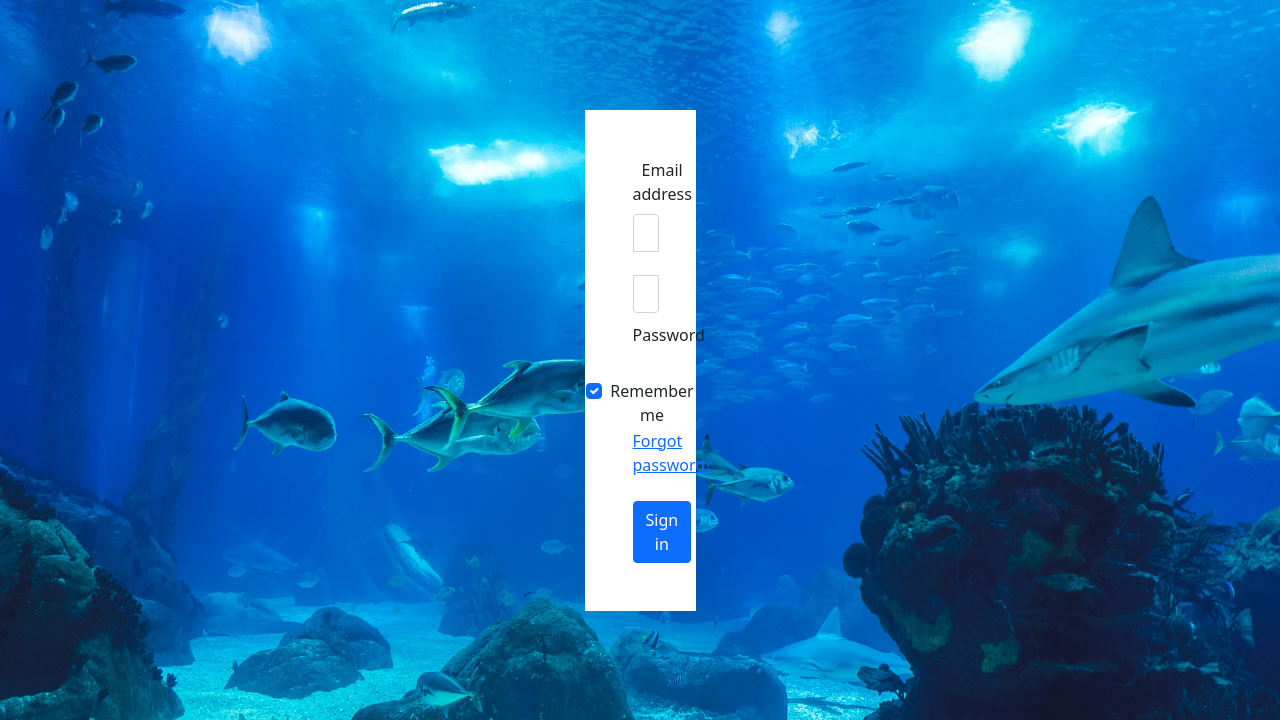
Repository: Elie-Dey/airblio
Page: index.html
An editor plug-in stored every save of this project. The page is shown before and after the next save, followed by the edit.
The browser window is 1280 px wide. The pictures show the whole page.

Above is the page before, as saved 2022-03-30 16:32:25.

After the next save:
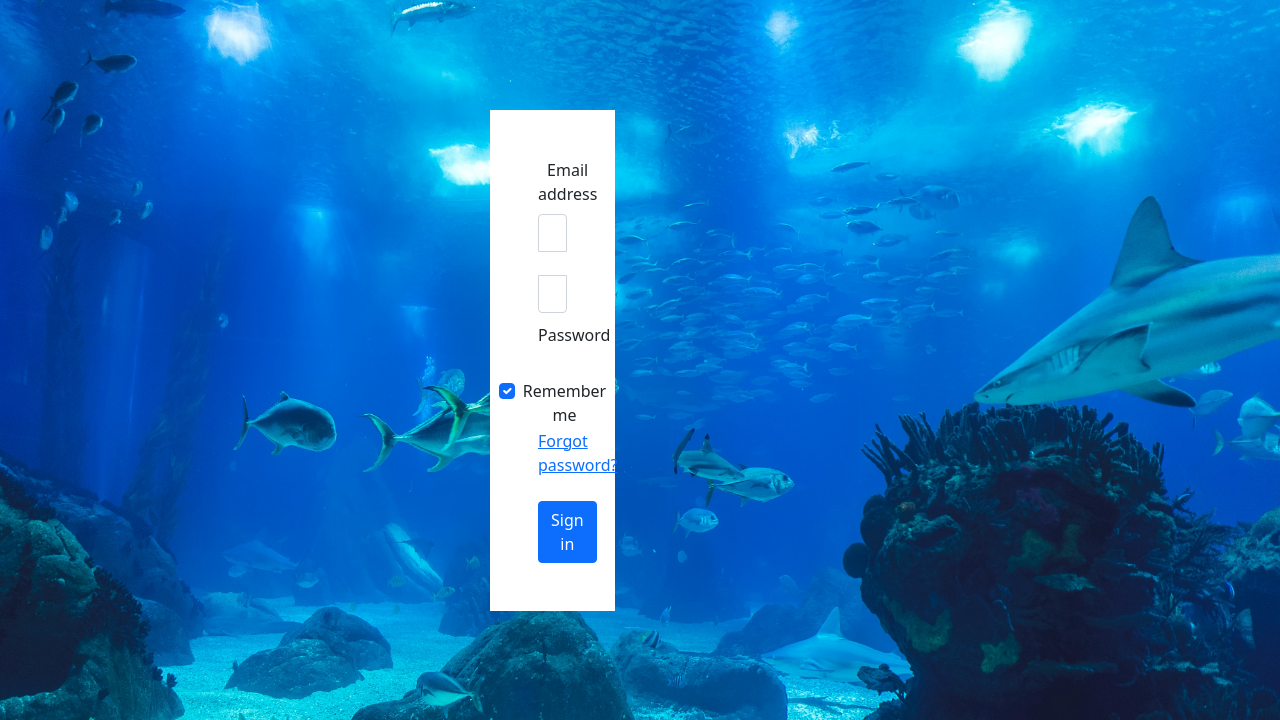
Saved 53 s later.
--- a/index.html
+++ b/index.html
@@ -85,57 +85,51 @@
         <p class="mt-5 mb-3 text-muted">Powered By SMART CONSULTING</p>
       </form> -->
       <div id="intro" class="shadow-2-strong">
-        <div class="row justify-content-center">
-          <div class="col-xl-5">
-            <form class="bg-white rounded-5 shadow-5-strong p-5">
-              <!-- Email input -->
-              <div class="form-outline mb-4">
-                <label class="form-label" for="form1Example1"
-                  >Email address</label
-                >
-                <input type="email" id="form1Example1" class="form-control" />
-              </div>
+        <div class="col-xl-5">
+          <form class="bg-white rounded-5 shadow-5-strong p-5">
+            <!-- Email input -->
+            <div class="form-outline mb-4">
+              <label class="form-label" for="form1Example1"
+                >Email address</label
+              >
+              <input type="email" id="form1Example1" class="form-control" />
+            </div>
 
-              <!-- Password input -->
-              <div class="form-outline mb-4">
-                <input
-                  type="password"
-                  id="form1Example2"
-                  class="form-control"
-                />
-                <label class="form-label" for="form1Example2">Password</label>
-              </div>
+            <!-- Password input -->
+            <div class="form-outline mb-4">
+              <input type="password" id="form1Example2" class="form-control" />
+              <label class="form-label" for="form1Example2">Password</label>
+            </div>
 
-              <!-- 2 column grid layout for inline styling -->
-              <div class="row mb-4">
-                <div class="col d-flex justify-content-center">
-                  <!-- Checkbox -->
-                  <div class="form-check">
-                    <input
-                      class="form-check-input"
-                      type="checkbox"
-                      value=""
-                      id="form1Example3"
-                      checked
-                    />
-                    <label class="form-check-label" for="form1Example3">
-                      Remember me
-                    </label>
-                  </div>
-                </div>
-
-                <div class="col text-center">
-                  <!-- Simple link -->
-                  <a href="#!">Forgot password?</a>
+            <!-- 2 column grid layout for inline styling -->
+            <div class="row mb-4">
+              <div class="col d-flex justify-content-center">
+                <!-- Checkbox -->
+                <div class="form-check">
+                  <input
+                    class="form-check-input"
+                    type="checkbox"
+                    value=""
+                    id="form1Example3"
+                    checked
+                  />
+                  <label class="form-check-label" for="form1Example3">
+                    Remember me
+                  </label>
                 </div>
               </div>
 
-              <!-- Submit button -->
-              <button type="submit" class="btn btn-primary btn-block">
-                Sign in
-              </button>
-            </form>
-          </div>
+              <div class="col text-center">
+                <!-- Simple link -->
+                <a href="#!">Forgot password?</a>
+              </div>
+            </div>
+
+            <!-- Submit button -->
+            <button type="submit" class="btn btn-primary btn-block">
+              Sign in
+            </button>
+          </form>
         </div>
       </div>
     </main>

After the save that followed:
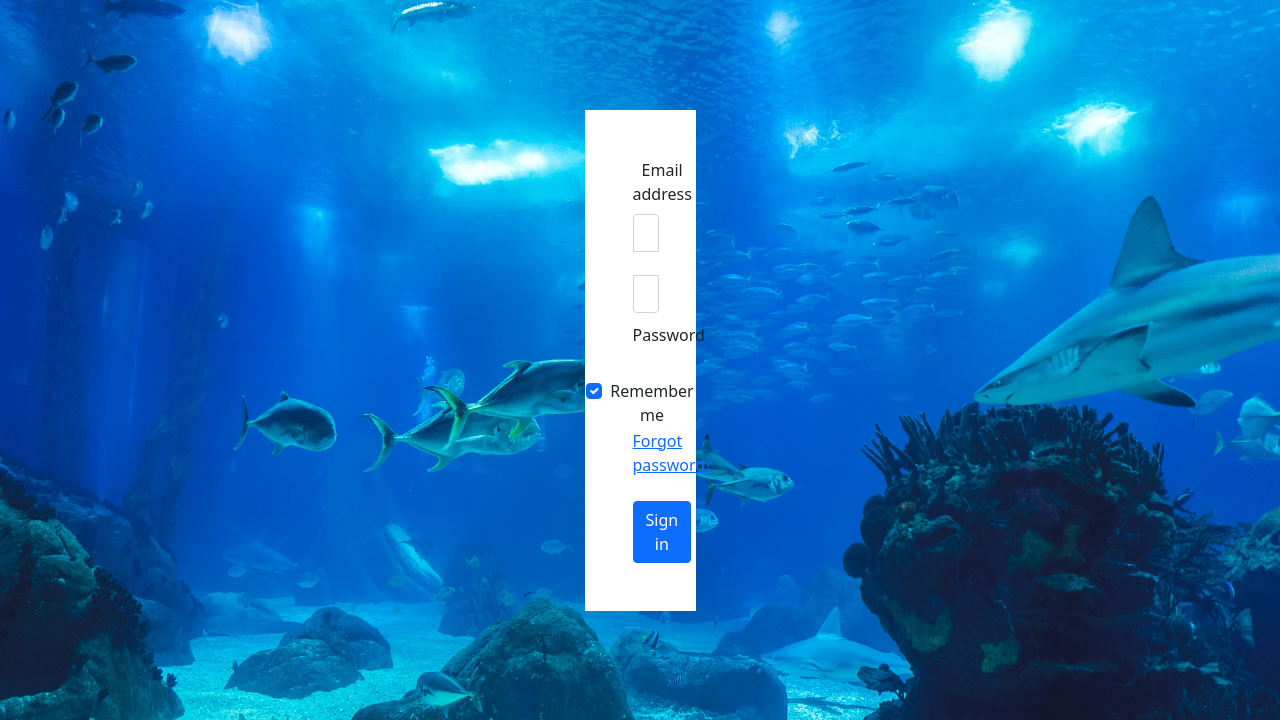
Saved 23 s later.
--- a/index.html
+++ b/index.html
@@ -85,51 +85,57 @@
         <p class="mt-5 mb-3 text-muted">Powered By SMART CONSULTING</p>
       </form> -->
       <div id="intro" class="shadow-2-strong">
-        <div class="col-xl-5">
-          <form class="bg-white rounded-5 shadow-5-strong p-5">
-            <!-- Email input -->
-            <div class="form-outline mb-4">
-              <label class="form-label" for="form1Example1"
-                >Email address</label
-              >
-              <input type="email" id="form1Example1" class="form-control" />
-            </div>
+        <div class="row justify-content-center">
+          <div class="col-xl-5">
+            <form class="bg-white rounded-5 shadow-5-strong p-5">
+              <!-- Email input -->
+              <div class="form-outline mb-4">
+                <label class="form-label" for="form1Example1"
+                  >Email address</label
+                >
+                <input type="email" id="form1Example1" class="form-control" />
+              </div>
 
-            <!-- Password input -->
-            <div class="form-outline mb-4">
-              <input type="password" id="form1Example2" class="form-control" />
-              <label class="form-label" for="form1Example2">Password</label>
-            </div>
+              <!-- Password input -->
+              <div class="form-outline mb-4">
+                <input
+                  type="password"
+                  id="form1Example2"
+                  class="form-control"
+                />
+                <label class="form-label" for="form1Example2">Password</label>
+              </div>
 
-            <!-- 2 column grid layout for inline styling -->
-            <div class="row mb-4">
-              <div class="col d-flex justify-content-center">
-                <!-- Checkbox -->
-                <div class="form-check">
-                  <input
-                    class="form-check-input"
-                    type="checkbox"
-                    value=""
-                    id="form1Example3"
-                    checked
-                  />
-                  <label class="form-check-label" for="form1Example3">
-                    Remember me
-                  </label>
+              <!-- 2 column grid layout for inline styling -->
+              <div class="row mb-4">
+                <div class="col d-flex justify-content-center">
+                  <!-- Checkbox -->
+                  <div class="form-check">
+                    <input
+                      class="form-check-input"
+                      type="checkbox"
+                      value=""
+                      id="form1Example3"
+                      checked
+                    />
+                    <label class="form-check-label" for="form1Example3">
+                      Remember me
+                    </label>
+                  </div>
+                </div>
+
+                <div class="col text-center">
+                  <!-- Simple link -->
+                  <a href="#!">Forgot password?</a>
                 </div>
               </div>
 
-              <div class="col text-center">
-                <!-- Simple link -->
-                <a href="#!">Forgot password?</a>
-              </div>
-            </div>
-
-            <!-- Submit button -->
-            <button type="submit" class="btn btn-primary btn-block">
-              Sign in
-            </button>
-          </form>
+              <!-- Submit button -->
+              <button type="submit" class="btn btn-primary btn-block">
+                Sign in
+              </button>
+            </form>
+          </div>
         </div>
       </div>
     </main>
